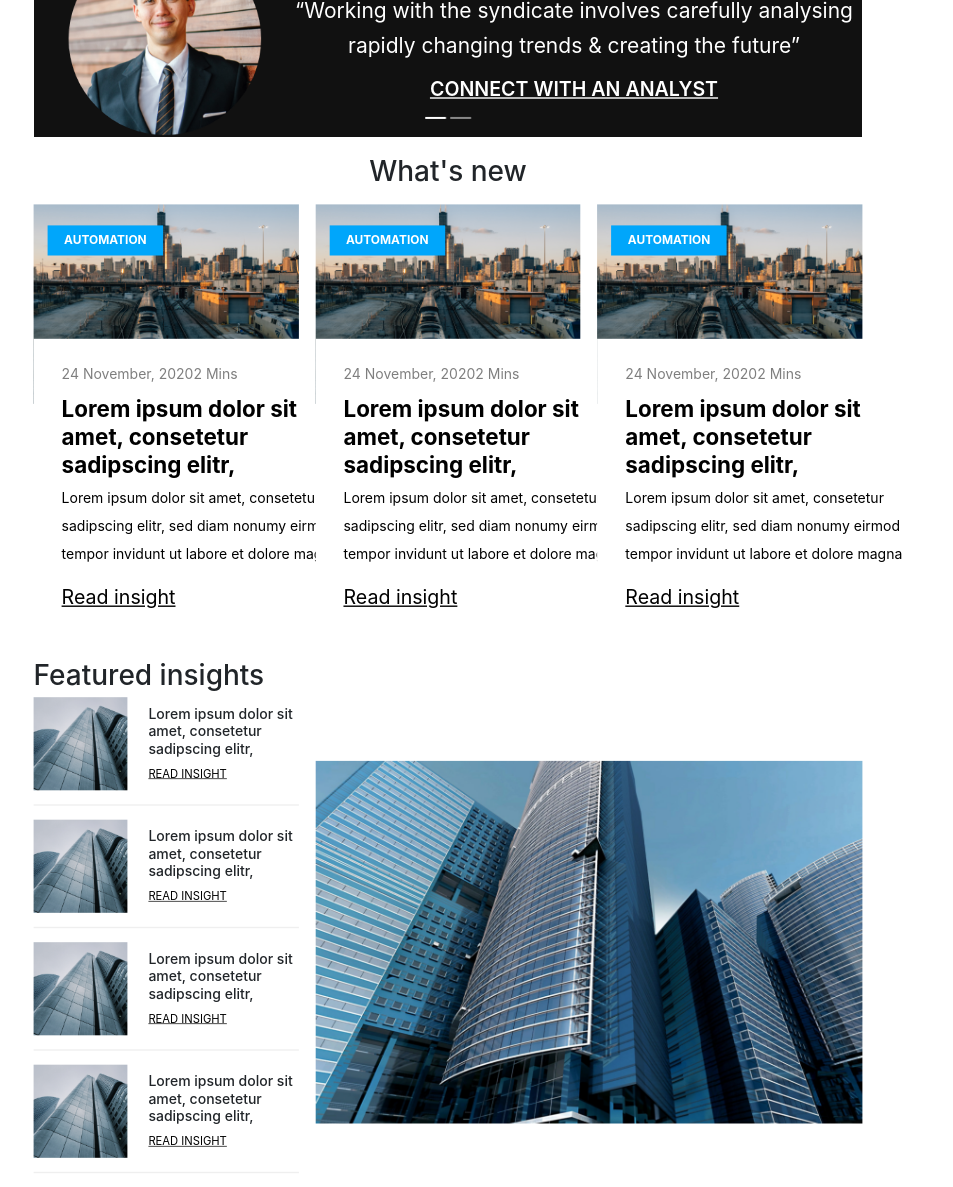
Repository: arif286/Business-webpage
Page: /
These files come from the project's save history. The page is drawn as it stood at one moment and after the next save; the edit follows.
The browser window is 1280 px wide. The page is 1361 px wide, so the pictures cover 1361 px, including what lies to the right of the window. The pictures show the part of the page from y = 1080 to 2840 px (the page is 2776 px tall before and 2840 px after), at 70% of full size.
The project was rebuilt for these pictures with package versions that can differ from the ones it lists, and the page was loaded fresh each time. Also part of the build but not shown: src/components/MainHeader/MainHeader.css, src/components/NotFound/NotFound.js.

Above is the page before, as saved 2021-05-27 17:05:03.

### src/App.js
import "bootstrap/dist/css/bootstrap.min.css";
import { BrowserRouter as Router, Route, Switch } from "react-router-dom";
import Home from "./components/Home/Home";
import NotFound from "./components/NotFound/NotFound";
function App() {
  return (
    <Router>
      <Switch>
        <Route path="/">
          <Home />
        </Route>
        <Route exact path="/">
          <Home />
        </Route>
        <Route path="*">
          <NotFound />
        </Route>
      </Switch>
    </Router>
  );
}

export default App;

### src/components/Home/Home.js
import React from 'react';
import Blog from '../Blog/Blog';
import Community from '../Community/Community';
import Featured from '../Featured/Featured';
import MainHeader from '../MainHeader/MainHeader';
import Testimonial from '../Testimonial/Testimonial';
import TopHeader from '../TopHeader/TopHeader';

const Home = () => {
    return (
        <>
            <TopHeader />
            <MainHeader />
            <Community />
            <Testimonial />
            <Blog />
            <Featured/>
        </>
    );
};

export default Home;

### src/components/Blog/Blog.js
import React from "react";
import { Col, Row } from "react-bootstrap";
import blogImage from '../../Images/event-1.png';
import "./Blog.css";

const Blog = () => {
  return (
    <div className="px-5 event-area">
      <h1 className='text-center mt-4 mb-4'>What's new</h1>
      <Row>
        <Col lg={4}>
          <div className="blog-wrap">
            <div className="blog-img">
              <img className="w-100 h-100" src={blogImage} alt="" />
              <a className="ig-btn" href="h">
                AUTOMATION
              </a>
            </div>
            <div className="event-content-wrap new-wrap">
              <div className="event-content-top-fx">
                <div className="single-top">
                  <p>
                    24 November, 2020
                    <span>2 Mins</span>
                  </p>
                </div>
                <div className="new-box-wrap">
                  <h4>
                    Lorem ipsum dolor sit amet, consetetur sadipscing elitr,
                  </h4>
                  <p>
                    Lorem ipsum dolor sit amet, consetetur sadipscing elitr, sed
                    diam nonumy eirmod tempor invidunt ut labore et dolore magna
                  </p>
                  <a href="http">
                    Read insight
                  </a>
                </div>
              </div>
            </div>
          </div>
        </Col>
        <Col lg={4}>
          <div className="blog-wrap">
            <div className="blog-img">
              <img className="w-100 h-100" src={blogImage} alt="" />
              <a href="h" className="ig-btn">
                AUTOMATION
              </a>
            </div>
            <div className="event-content-wrap new-wrap">
              <div className="event-content-top-fx">
                <div className="single-top">
                  <p>
                    24 November, 2020
                    <span>2 Mins</span>
                  </p>
                </div>
                <div className="new-box-wrap">
                  <h4>
                    Lorem ipsum dolor sit amet, consetetur sadipscing elitr,
                  </h4>
                  <p>
                    Lorem ipsum dolor sit amet, consetetur sadipscing elitr, sed
                    diam nonumy eirmod tempor invidunt ut labore et dolore magna
                  </p>
                  <a href="http">Read insight</a>
                </div>
              </div>
            </div>
          </div>
        </Col>
        <Col lg={4}>
          <div className="blog-wrap">
            <div className="blog-img">
              <img className="w-100 h-100" src={blogImage} alt="" />
              <a href="h" className="ig-btn">
                AUTOMATION
              </a>
            </div>
            <div className="event-content-wrap new-wrap">
              <div className="event-content-top-fx">
                <div className="single-top">
                  <p>
                    24 November, 2020
                    <span>2 Mins</span>
                  </p>
                </div>
                <div className="new-box-wrap">
                  <h4>
                    Lorem ipsum dolor sit amet, consetetur sadipscing elitr,
                  </h4>
                  <p>
                    Lorem ipsum dolor sit amet, consetetur sadipscing elitr, sed
                    diam nonumy eirmod tempor invidunt ut labore et dolore magna
                  </p>
                  <a href="http">Read insight</a>
                </div>
              </div>
            </div>
          </div>
        </Col>
      </Row>
    </div>
  );
};

export default Blog;

### src/components/Community/Community.js
import React from 'react';
import { Col, Row } from 'react-bootstrap';
import './Community.css';

const Community = () => {
    return (
      <div className='px-5'>
        <h2 className="engage-title">Engage with our community</h2>
        <Row>
          <Col md={12} lg={4} className="pb-4">
            <div className="engage-text engage-1">
              <p>Connect & Network with our community of thought leaders</p>
            </div>
          </Col>
          <Col md={12} lg={4} className="pb-4">
            <div className="engage-text engage-2">
              <p>Connect & Network with our community of thought leaders</p>
            </div>
          </Col>
          <Col md={12} lg={4} className="pb-4">
            <div className="engage-text engage-2">
              <p>Connect & Network with our community of thought leaders</p>
            </div>
          </Col>
        </Row>
      </div>
    );
};

export default Community;

### src/components/Featured/Featured.js
import React from "react";
import { Col, Row } from "react-bootstrap";
import sideBanner from "../../Images/f1.png";
import featuredImage from "../../Images/f3.png";
import FeaturedColumn from "./FeaturedColumn";

const FeaturedData = [
  {
    image: featuredImage,
    text: "Lorem ipsum dolor sit amet, consetetur sadipscing elitr,",
  },
  {
    image: featuredImage,
    text: "Lorem ipsum dolor sit amet, consetetur sadipscing elitr,",
  },
  {
    image: featuredImage,
    text: "Lorem ipsum dolor sit amet, consetetur sadipscing elitr,",
  },
  {
    image: featuredImage,
    text: "Lorem ipsum dolor sit amet, consetetur sadipscing elitr,",
  },

];
const Featured = () => {
  return (
    <div className="px-5">
      <h1>Featured insights</h1>
      <Row className='align-items-center'>
        <Col sm={12} lg={4}>
          {FeaturedData.map((item) => (
            <FeaturedColumn card={item} />
          ))}
        </Col>
        <Col sm={12} lg={8}>
          <img className='w-100' src={sideBanner} alt="" />
        </Col>
      </Row>
    </div>
  );
};

export default Featured;

### src/components/MainHeader/MainHeader.js
import { faBars } from '@fortawesome/free-solid-svg-icons';
import { FontAwesomeIcon } from "@fortawesome/react-fontawesome";
import React from 'react';
import { Nav, Navbar } from 'react-bootstrap';
import './MainHeader.css';
const MainHeader = () => {
    const Bars = <FontAwesomeIcon icon={faBars} />;
    return (
      <div className="container-fluid">
        <Navbar className="px-5" expand="md">
          <Navbar.Brand href="#home">{Bars}</Navbar.Brand>
          <Navbar.Toggle aria-controls="basic-navbar-nav" />
          <Navbar.Collapse id="basic-navbar-nav">
            <Nav className="mr-auto">
              <Nav.Link href="#home">Home</Nav.Link>
              <Nav.Link href="#link">Insights</Nav.Link>
              {/* <NavDropdown title="Dropdown" id="basic-nav-dropdown">
                <NavDropdown.Item href="#action/3.1">Action</NavDropdown.Item>
                <NavDropdown.Item href="#action/3.2">
                  Another action
                </NavDropdown.Item>
                <NavDropdown.Item href="#action/3.3">
                  Something
                </NavDropdown.Item>
                <NavDropdown.Divider />
                <NavDropdown.Item href="#action/3.4">
                  Separated link
                </NavDropdown.Item>
              </NavDropdown> */}
              <Nav.Link href="#link">Services</Nav.Link>
              <Nav.Link href="#link">Community</Nav.Link>
              <Nav.Link href="#link">Events</Nav.Link>
              <Nav.Link href="#link">About US</Nav.Link>
            </Nav>
          </Navbar.Collapse>
        </Navbar>
      </div>
    );
};

export default MainHeader;

### src/components/Testimonial/Testimonial.js
import React from "react";
import SliderImage from "../../Images/meer-shap.png";
import Image from '../../Images/meet.png';
import './Testimonial.css';

const Testimonial = () => {
  return (
    <div className="px-5">
      <div
        id="carouselExampleIndicators"
        class="carousel slide"
        data-bs-ride="carousel"
      >
        <div class="carousel-indicators">
          <button
            type="button"
            data-bs-target="#carouselExampleIndicators"
            data-bs-slide-to="0"
            class="active"
            aria-current="true"
            aria-label="Slide 1"
          ></button>
          <button
            type="button"
            data-bs-target="#carouselExampleIndicators"
            data-bs-slide-to="1"
            aria-label="Slide 2"
          ></button>
        </div>
        <div className="carousel-inner">
          <div class="carousel-item carousel-bg active">
            <div className="meet-bg">
              <img src={SliderImage} alt="" />
            </div>
            <div className="testi-btn">
              <a href="http">Testimonial</a>
            </div>
            <div className="row">
              <div className='d-lg-flex align-items-center '>
                <div className="meet-img text-center">
                  <img src={Image} alt="" />
                </div>
                <div className="meet-content text-center pb-5">
                  <h4>Meet Edward, CEO of HappyFoods</h4>
                  <p>
                    “Working with the syndicate involves carefully analysing
                    rapidly changing trends & creating the future”
                  </p>
                  <a href="http">CONNECT WITH AN ANALYST</a>
                </div>
              </div>
            </div>
          </div>
          <div class="carousel-item carousel-bg ">
            <div className="meet-bg">
              <img src={SliderImage} alt="" />
            </div>
            <div className="test-btn">
              <a href="http">Testimonial</a>
            </div>
            <div className="row">
              <div>
                <div className="meet-img">
                  <img src={Image} alt="" />
                </div>
                <div className="meet-content">
                  <h4>Meet Edward, CEO of HappyFoods</h4>
                  <p>
                    “Working with the syndicate involves carefully analysing
                    rapidly changing trends & creating the future”
                  </p>
                  <a href="http">CONNECT WITH AN ANALYST</a>
                </div>
              </div>
            </div>
          </div>
        </div>
      </div>
    </div>
  );
};

export default Testimonial;

### src/components/TopHeader/TopHeader.js
import { faFacebook, faInstagram, faLinkedin, faTwitter } from '@fortawesome/free-brands-svg-icons';
import { FontAwesomeIcon } from "@fortawesome/react-fontawesome";
import React from 'react';
import { Col, Row } from 'react-bootstrap';
import './TopHeader.css';

const TopHeader = () => {
    const Facebook = <FontAwesomeIcon icon={faFacebook} />;
    const Twitter = <FontAwesomeIcon icon={faTwitter} />;
    const Instagram = <FontAwesomeIcon icon={faInstagram} />;
    const LinkedIn = <FontAwesomeIcon icon={faLinkedin} />;
    return (
      <div className="header-top">
        <div className="container-fluid">
          <Row>
            <Col lg={12}>
              <div className="d-flex align-items-center justify-content-between">
                <div className="header-top-icon">
                  <a href="#h">{Facebook}</a>
                  <a href="#h">{Instagram}</a>
                  <a href="#h">{Twitter}</a>
                  <a href="#h">{LinkedIn}</a>
                </div>
                <div className='header-top-text'>
                  <p>The Analyst syndicate</p>
                </div>
                <div className="header-top-btn">
                  <a href='#l'>Let's Talk</a>
                </div>
              </div>
            </Col>
          </Row>
        </div>
      </div>
    );
};

export default TopHeader;

### src/components/Blog/Blog.css
.event-area {
  height: 900px;
  padding-bottom: 0;
  background: #fff;
}
.single-top p {
  font-size: 20px;
  color: #000;
  opacity: 0.5;
  line-height: 40px;
  margin-bottom: 10px;
}
.blog-img {
  position: relative;
}
.blog-img img {
  transition: 0.6s;
}
.ig-btn {
  width: 165px;
  height: 43px;
  background: #00a6fb;
  display: flex;
  align-items: center;
  justify-content: center;
  color: #fff;
  font-size: 17px;
  font-weight: 700;
  position: absolute;
  top: 30px;
  left: 20px;
  border: 2px solid transparent;
  transition: 0.3s;
}
.blog-wrap {
  position: relative;
}
.event-content-wrap.new-wrap {
  bottom: -327px;
}
.event-content-wrap {
  background: #fff;
  padding: 30px 40px;
  width: 508px;
  position: absolute;
  bottom: -137px;
}
.new-box-wrap h4 {
  font-size: 32px;
  color: #000000;
  line-height: 40px;
  font-weight: 700;
}
.new-box-wrap p {
  font-size: 20px;
  line-height: 40px;
  color: #000000;
  margin-bottom: 20px;
}
.new-box-wrap a {
  font-size: 28px;
  color: #000;
  text-decoration: underline;
}
@media (min-width: 1440px) and (max-width: 1800px) {
  .event-content-wrap {
    background: #fff;
    padding: 30px 40px;
    width: 424px;
    position: absolute;
    bottom: -137px;
  }
  .new-box-wrap h4 {
    font-size: 23px;
    line-height: 28px;
  }
  .new-box-wrap p {
    font-size: 18px;
    line-height: 32px;
    margin-bottom: 20px;
  }
  .new-box-wrap a {
    font-size: 21px;
  }
  .event-area {
    height: 800px;
  }
}

@media (min-width: 992px) and (max-width: 1200px) {
  .event-content-wrap.new-wrap {
    bottom: -223px;
    position: unset;
    bottom: 0;
    margin-top: -78px;
    position: relative;
  }
  .event-content-wrap {
    padding: 20px 20px;
    width: 268px;
    bottom: -137px;
  }
  .new-box-wrap h4 {
    font-size: 19px;
    line-height: 26px;
  }
  .new-box-wrap p {
    font-size: 18px;
    line-height: 25px;
    margin-bottom: 12px;
  }
  .new-box-wrap a {
    font-size: 20px;
  }
  .event-area {
    height: auto;
  }
}
@media (min-width: 1200px) and (max-width: 1400px) {
  .event-area {
    height: 720px;
  }
}

@media (min-width: 768px) and (max-width: 991px) {
  .event-content-wrap {
    padding: 20px 20px;
    width: 460px;
    bottom: -137px;
    position: relative;
    bottom: 0;
    margin-top: -55px;
  }
  .event-content-wrap.new-wrap {
    bottom: -223px;
    position: unset;
    bottom: 0;
    margin-top: -78px;
    position: relative;
  }
  .new-box-wrap h4 {
    font-size: 20px;
    line-height: 26px;
  }
  .new-box-wrap p {
    font-size: 18px;
    line-height: 25px;
    margin-bottom: 12px;
  }
  .event-area {
    height: auto;
  }
}
@media only screen and (min-width: 320px) and (max-width: 767px) {
  .single-top p {
    font-size: 18px;
    line-height: 25px;
    margin-bottom: 8px;
  }
  .event-content-wrap {
    padding: 20px 20px;
    width: 300px;
    bottom: -137px;
    position: relative;
    bottom: 0;
    margin-top: -55px;
  }
  .event-content-wrap.new-wrap {
    bottom: -223px;
    position: unset;
    bottom: 0;
    margin-top: -78px;
    position: relative;
  }
  .new-box-wrap h4 {
    font-size: 20px;
    line-height: 26px;
  }
  .new-box-wrap p {
    font-size: 18px;
    line-height: 25px;
    margin-bottom: 12px;
  }
  .event-area {
    height: auto;
  }
}

### src/components/Community/Community.css
.engage-1 {
  background-image: url(../../Images/e1.png);
}
.engage-2 {
  background-image: url(../../Images/e2.png);
}
.engage-3 {
  background-image: url(../../Images/e3.png);
}
.engage-text {
  height: 560px;
  background-size: 100% 100%;
  background-position: center center;
  padding-left: 50px;
  padding-bottom: 50px;
  display: flex;
  align-items: flex-end;
}
.engage-text p {
  margin: 0;
  color: #fff;
  font-size: 32px;
  font-weight: 700;
  line-height: 44px;
  max-width: 400px;
}
.engage-title {
  text-align: center;
  font-weight: 900;
  text-transform: uppercase;
  font-size: 35px;
  margin-top: 50px;
  margin-bottom: 50px;
}
@media (min-width: 768px) and (max-width: 991px) {
  .engage-text p {
    margin: 0;
    font-size: 20px;
    line-height: 25px;
  }
  .engage-title {
    text-align: center;
    font-weight: 900;
    text-transform: uppercase;
    font-size: 25px;
  }
}

### src/components/Featured/FeaturedColumn.js
import React from 'react';
import './Featured.css';

const FeaturedColumn = ({ card }) => {
    console.log(card);
  return (
    <>
      <div className="single-featured-box">
        <img src={card.image} alt="" />
        <div className="featured-content">
          <h5>{card.text}</h5>
          <a href="http">READ INSIGHT</a>
        </div>
      </div>
    </>
  );
};

export default FeaturedColumn;

### src/components/Testimonial/Testimonial.css
.carousel-bg {
  background-color: #111111;
}
.testi-btn a {
  width: 308px;
  height: 61px;
  color: #000;
  font-size: 28px;
  display: flex;
  align-items: center;
  justify-content: center;
  background: #91c499;
  position: absolute;
  top: 0;
  right: 0;
  border: 2px solid transparent;
  transition: 0.3s;
}
.meet-img img {
  width: 275px;
  height: 275px;
  margin-right: 35px;
  margin-left: 50px;
}
.meet-content {
  max-width: 970px;
}
.meet-content h4 {
  font-size: 39px;
  color: #fff;
  line-height: 56px;
  margin-bottom: 20px;
}
.meet-content p {
  font-size: 30px;
  color: #fff;
  line-height: 50px;
}
.meet-content a {
  color: #fff;
  font-size: 28px;
  text-decoration: underline;
  font-weight: 600;
}
@media (min-width: 992px) and (max-width: 1200px) {
  .meet-content h4 {
    font-size: 28px;
    line-height: 33px;
    margin-bottom: 6px;
  }
  .meet-content p {
    font-size: 22px;
    line-height: 29px;
    margin-bottom: 10px;
  }
  .meet-content a {
    font-size: 22px;
  }
}
@media only screen and (min-width: 320px) and (max-width: 767px) {
  .meet-content a {
    font-size: 16px;
  }
  .meet-content h4 {
    font-size: 21px;
    line-height: 26px;
    margin-bottom: 6px;
  }
  .meet-content p {
    font-size: 20px;
    line-height: 29px;
    margin-bottom: 17px;
  }
}

### src/components/TopHeader/TopHeader.css
a {
  text-decoration: none;
}
.header-top {
  padding-left: 77px;
  border-bottom: 2px solid #eeeeee;
}
.header-top-icon a {
  width: 30px;
  height: 30px;
  background: #211f20;
  display: inline-block;
  border-radius: 34px;
  text-align: center;
  color: #fff;
  font-size: 14px;
  line-height: 29px;
  margin-right: 7px;
}
.header-top-text p {
  margin: 0;
  font-size: 28px;
  color: #000000;
  font-weight: 700;
  line-height: 32px;
  text-transform: uppercase;
}
.header-top-btn a {
  width: 314px;
  height: 98px;
  background: #111111;
  border: 2px solid transparent;
  transition: 0.3s;
  display: flex;
  align-items: center;
  justify-content: space-between;
  padding-left: 74px;
  padding-right: 80px;
  font-size: 21px;
  color: #fff;
}

### src/components/Featured/Featured.css
.single-featured-box {
  display: flex;
  align-items: center;
  padding-bottom: 33px;
  margin-bottom: 33px;
  border-bottom: 2px solid #efefef;
}
.single-featured-box img {
  margin-right: 30px;
}
.featured-content h5 {
  font-size: 20px;
  line-height: 25px;
  margin-bottom: 10px;
}
.featured-content a {
  font-size: 19px;
  color: #000000;
  text-decoration: underline;
}
@media (min-width: 1200px) and (max-width: 1439px) {
  .single-featured-box {
    padding-bottom: 20px;
    margin-bottom: 20px;
  }
  .featured-content h5 {
    font-size: 20px;
    line-height: 25px;
    margin-bottom: 10px;
  }
  .featured-content a {
    font-size: 16px;
  }
}
@media (min-width: 992px) and (max-width: 1200px) {
  .single-featured-box {
    margin-top: 40px;
    display: block;
    padding-bottom: 10px;
    margin-bottom: 10px;
  }
  .featured-content h5 {
    font-size: 16px;
    line-height: 22px;
    margin-bottom: 7px;
  }
}
@media (min-width: 768px) and (max-width: 991px) {
  .single-featured-box {
    margin-top: 40px;
    display: block;
    padding-bottom: 10px;
    margin-bottom: 10px;
  }
  .featured-content h5 {
    font-size: 16px;
    line-height: 22px;
    margin-bottom: 7px;
  }
}
@media only screen and (min-width: 320px) and (max-width: 767px) {
  .single-featured-box {
    padding-bottom: 10px;
    margin-bottom: 10px;
    margin-top: 40px;
    display: block;
  }
  .featured-content h5 {
    font-size: 16px;
    line-height: 22px;
    margin-bottom: 7px;
  }
  .single-featured-box img {
    width: 100%;
    margin-right: 0px;
    height: 100px;
  }
}

Loaded but not shown: public/index.html (common file); src/index.js (common file); src/index.css (common file)

After the next save:
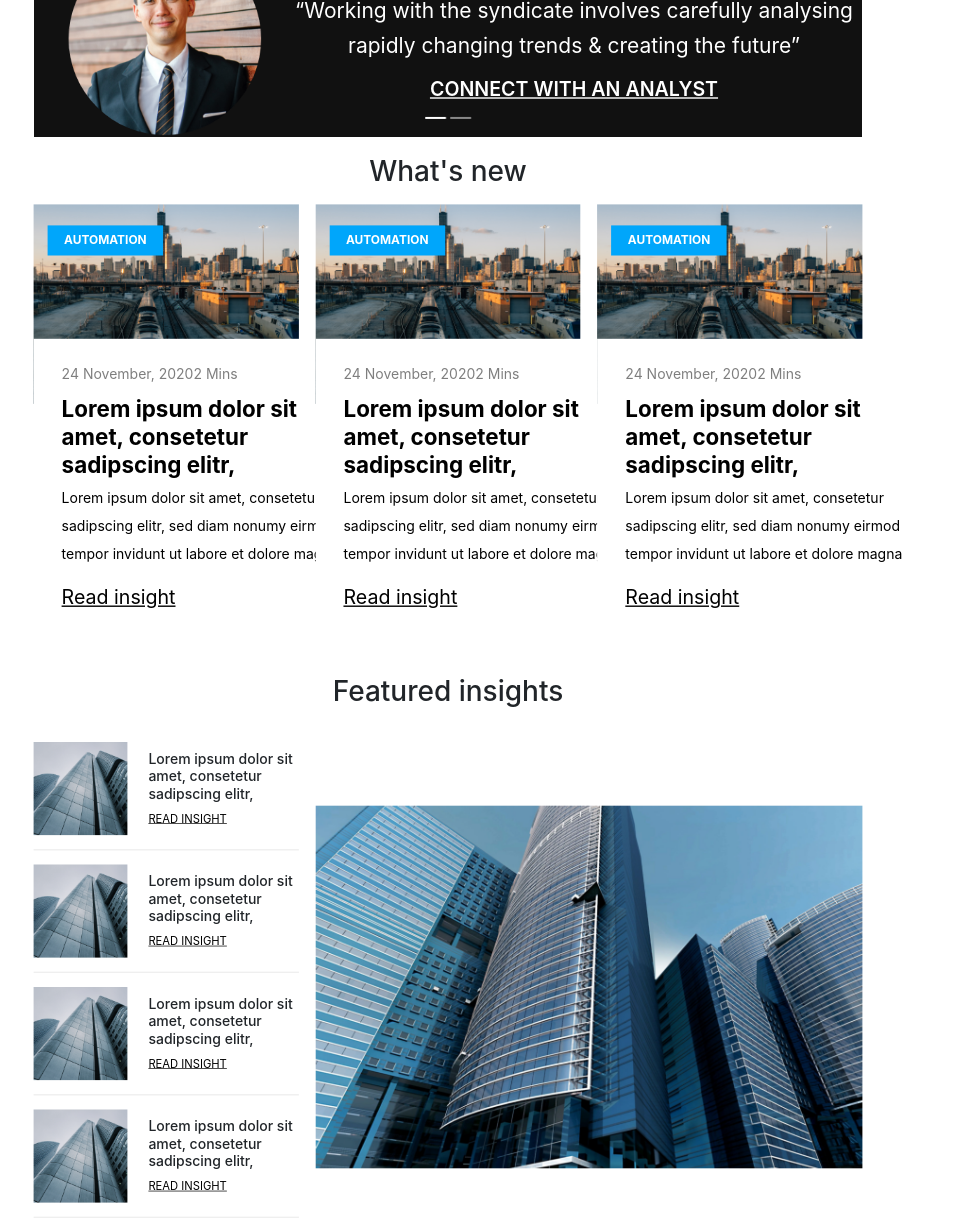
Saved 52 s later.
--- a/src/components/Featured/Featured.js
+++ b/src/components/Featured/Featured.js
@@ -26,7 +26,7 @@
 const Featured = () => {
   return (
     <div className="px-5">
-      <h1>Featured insights</h1>
+      <h1 className='text-center mt-4 mb-5'>Featured insights</h1>
       <Row className='align-items-center'>
         <Col sm={12} lg={4}>
           {FeaturedData.map((item) => (
